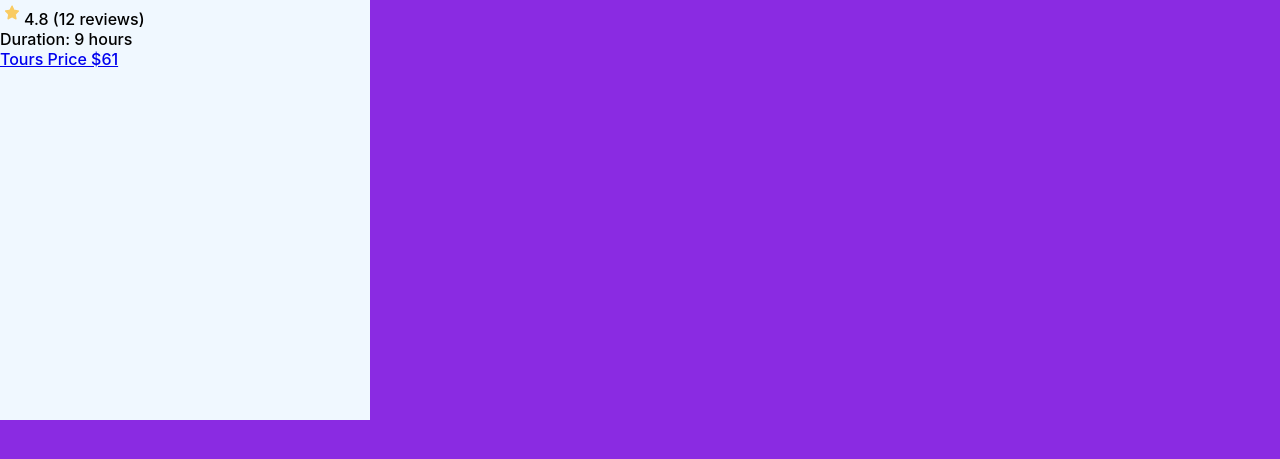
Repository: nguyentuankiet-k61/K_IT-demo
Page: index.html
The author's editor kept a copy of each file at every save. The page is drawn from the files as they stood at one save, then again after the next save.
The browser window is 1280 px wide. The pictures show the whole page.
Some web fonts or font styles are not loaded; a fallback is used.

Above is the page before, as saved 2022-09-28 08:36:17.

### index.html
<!DOCTYPE html>
<html lang="en">
<head>
    <meta charset="UTF-8">
    <meta http-equiv="X-UA-Compatible" content="IE=edge">
    <meta name="viewport" content="width=device-width, initial-scale=1.0">
    <title>HTML CSS Master</title>
    <link rel = "preconnect" href = "https://fonts.googleapis.com">
    <link rel = "preconnect" href = "https://fonts.gstatic.com" crossorigin>
    <link href = "https: //fonts.googleapis.com/css2? family = Inter: wght @ 500; 600 & display = swap "rel =" stylesheet ">
    <link rel="stylesheet" href="./CSS/app.css">
</head>
<body>
 <div class="">
    <div class="Tours">
        <!-- <div class="Tours_top">
            <img src="./image/img1.png" alt="this_is_image"/>From $40
        </div>
        <div class="Tours_content">

            <div class="Tours_titlle">Thailands Ayutthaya Temples
                Cruise from Bangkok</div>

            <div class="Tours_ratting">
                <div class="Tours_review">
                    <div class="Tours_review_count">
                        <img src="./image/img-star.png" alt="tours-ratting"/>4.8 (12 reviews)
                    </div>
                    <div class="Tours_Duration">Duration: 9 hours</div>
                </div>
            </div>
            <a href="https://www.facebook.com/kutooo" target="_blank"
            rel="noopener noreferrer" class="Tours-botton">Tours Price $61</a></br>
        <div class="Tours_top">
            <img src="./image/img1.png" alt="this_is_image"/>From $70
        </div>
        <div class="Tours_content">
            <div class="Tours_titlle">
                FLoating Markets Day Trip from
                Bangkok
            </div>
            <div class="Tours_ratting">
                <div class="Tours_review_count">
                    <img src="./image/img-star.png" alt="tours-ratting"/>4.8 (12 reviews)

                </div>
                <div class="Tours_Duration">
                    Duration: 9 hours
                </div>
            </div>
            <a href="https://www.facebook.com/kutooo" target="_blank"
            rel="noopener noreferrer"
            class="Tours_botton">Tours Price $61</a></br>
        </div>
        </div>
        <div class="Tours_top">
            <img src="./image/img3.png" alt="this_is_image"/>From $60
             <div class="Tours_content">
                <div class="Tours_titlle">
                    Bangkok Dinner Cruise on the
                    Chao Phraya River
                </div> -->
                <div class="Tours_ratting">
                    <div class="Tours_review_count">
                        <img src="./image/img-star.png" alt="tours-ratting"/>4.8 (12 reviews)

                    </div>
                    <div class="Tours_Ducatiom">
                        Duration: 9 hours
                    </div>
                </div>
               <a href="https://www.facebook.com/kutooo" target="_blank"
               rel="noopener noreferrer"
               class="Tours_botton">Tours Price $61</a>
            </div>
        </div>
    </div>
 </div>
</body>
</html>

### CSS/app.css
*{
    margin: 0;
    padding: 0;
    box-sizing: border-box;
}
body{
    font-family: 'Inter', sans-serif;
    font-weight: 500;
    background-color: blueviolet;

}
.Tours{
    width: 370px;
    height: 420px;
    background-color: aliceblue;

}
.Tours_content{
    padding: 20px 20px 14px;

}

After the next save:
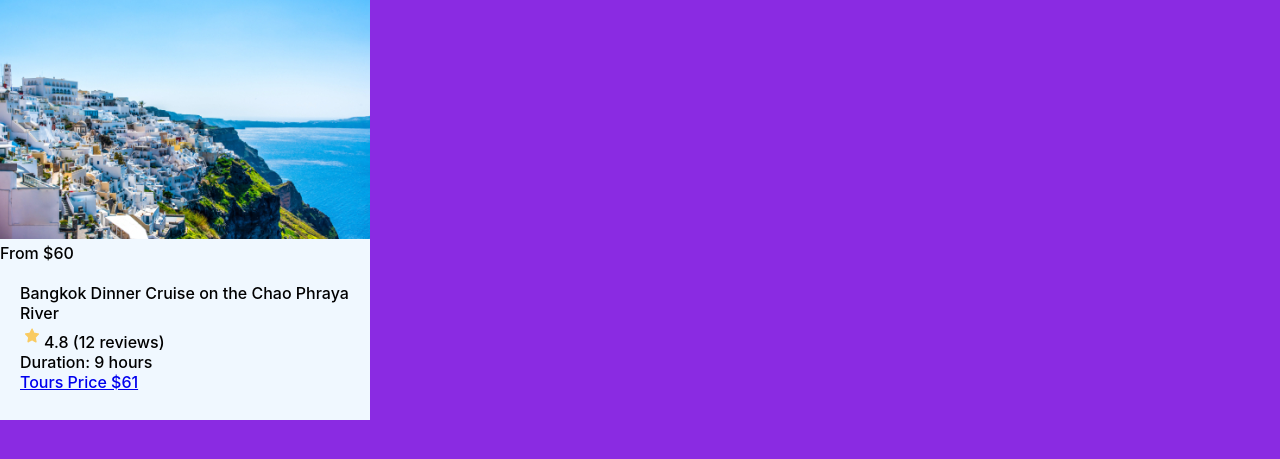
Saved 36 s later.
--- a/index.html
+++ b/index.html
@@ -52,14 +52,14 @@
             rel="noopener noreferrer"
             class="Tours_botton">Tours Price $61</a></br>
         </div>
-        </div>
+        </div>-->
         <div class="Tours_top">
             <img src="./image/img3.png" alt="this_is_image"/>From $60
              <div class="Tours_content">
                 <div class="Tours_titlle">
                     Bangkok Dinner Cruise on the
                     Chao Phraya River
-                </div> -->
+                </div>
                 <div class="Tours_ratting">
                     <div class="Tours_review_count">
                         <img src="./image/img-star.png" alt="tours-ratting"/>4.8 (12 reviews)
